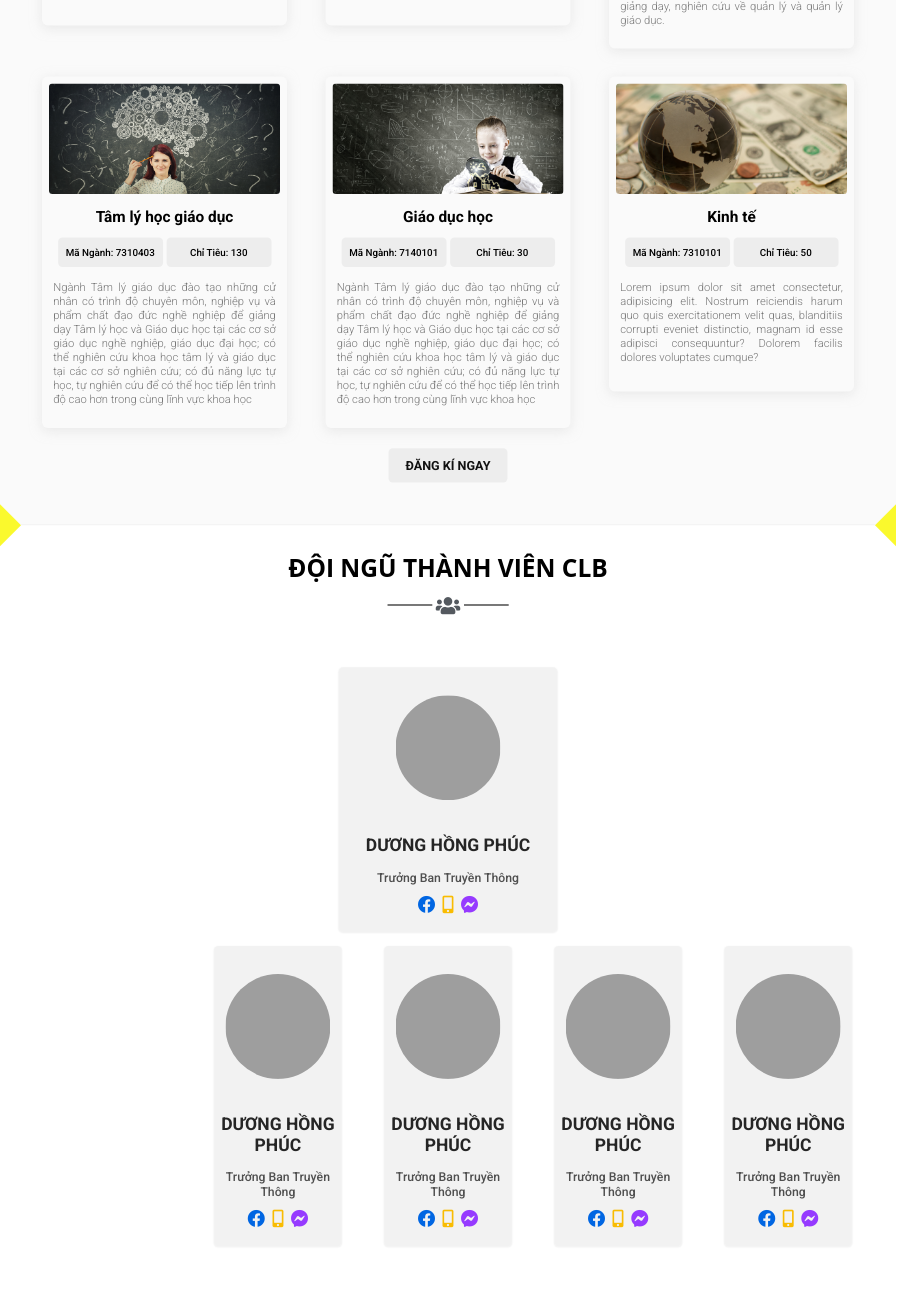
Repository: hongphuck1/trangweb1
Page: index.html
The author's editor kept a copy of each file at every save. The page is drawn from the files as they stood at one save, then again after the next save.
The browser window is 1280 px wide. The page is 1288 px wide, so the pictures cover 1288 px, including what lies to the right of the window. The pictures show the part of the page from y = 3206 to 5086 px (the page is 5086 px tall before and 5065 px after), at 70% of full size.
Pictures or frames that could not be fetched are drawn as grey boxes.

Above is the page before, as saved 2021-09-07 21:52:01.

### index.html
<!DOCTYPE html>
<html lang="en">

<head>
  <meta charset="UTF-8" />
  <meta name="viewport" content="width=device-width, initial-scale=1, shrink-to-fit=no" />
  <meta http-equiv="x-ua-compatible" content="ie=edge" />
  <title>Material Design for Bootstrap</title>
  <!-- MDB icon -->
  <link rel="icon" href="img/SSS1.png" type="image/x-icon" />
  <!-- Font Awesome -->
  <link rel="stylesheet" href="https://use.fontawesome.com/releases/v5.15.2/css/all.css" />
  <link rel="stylesheet" href="font/themify-icons-font/themify-icons/themify-icons.css">
  <!-- Google Fonts Roboto -->
  <link rel="stylesheet" href="https://fonts.googleapis.com/css2?family=Roboto:wght@300;400;500;700;900&display=swap" />
  <!-- MDB -->
  <link rel="stylesheet" href="css/style.css" />
  <link rel="stylesheet" href="css/base.css" />
  <link rel="stylesheet" href="css/grid.css" />
  <link rel="stylesheet" href="css/mdb.min.css" />
</head>

<body>
  <!-- Start your project here-->
  <div class="main">
    <!--Main Navigation-->
    <header>


      <!-- Navbar -->
      <nav class="navbar--opacity navbar navbar-expand-lg navbar-light fixed-top mask-custom shadow-0">
        <div class="container">

          <a class="navbar-brand nav-link" target="_blank" href="https://mdbootstrap.com/docs/standard/">
            <strong style="font-size: 2.2rem;">MRC</strong>
          </a>
          <button class="navbar-toggler navbar-toggler--opacity" type="button" data-mdb-toggle="collapse"
            data-mdb-target="#navbarSupportedContent" aria-controls="navbarSupportedContent" aria-expanded="false"
            aria-label="Toggle navigation">
            <i style="color: #ccc" class="fas fa-bars"></i>
          </button>
          <div class="collapse navbar-collapse" id="navbarSupportedContent">
            <ul class="navbar-nav me-auto mb-2 mb-lg-0">
              <li class="nav-item active">
                <a class="nav-link" aria-current="page" href="#intro">Giới thiệu</a>
              </li>
              <li class="nav-item">
                <a class="nav-link" href="https://www.facebook.com/MRC.NAEM" rel="nofollow" target="_blank">Hỏi đáp</a>
              </li>
              <li class="nav-item">
                <a class="nav-link" href="https://www.facebook.com/MRC.NAEM" target="_blank">Bài viết</a>
              </li>
              <li class="nav-item">
                <a class="nav-link" href="https://www.facebook.com/messages/t/101815085369835" target="_blank">Liên
                  hệ</a>
              </li>
            </ul>
            <ul class="navbar-nav list-inline">
              <!-- Icons -->
              <li class="">
                <a class="nav-link" href="https://www.youtube.com/channel/UCjl0s7v8m8V4IzuAS1fH-iA" rel="nofollow"
                  target="_blank">
                  <i class="fab fa-youtube"></i>
                </a>
              </li>
              <li class="">
                <a class="nav-link" href="https://www.facebook.com/MRC.NAEM" rel="nofollow" target="_blank">
                  <i class="fab fa-facebook-f"></i>
                </a>
              </li>
              <li class="nav-item">
                <a class="nav-link" href="https://www.tiktok.com/@mrcnaem" rel="nofollow" target="_blank">
                  <i class="fab fa-tiktok"></i>
                </a>
              </li>
              <li class="nav-item">
                <a class="nav-link" href="tel: 0349167687" rel="nofollow" target="_blank">
                  <i class="fas fa-envelope"></i>
                </a>
              </li>
            </ul>
          </div>
        </div>
      </nav>

      <!-- Carousel wrapper -->
      <div id="introCarousel" class="carousel slide carousel-fade shadow-2-strong" data-mdb-ride="carousel">
        <!-- Indicators -->
        <ol class="carousel-indicators">
          <li data-mdb-target="#introCarousel" data-mdb-slide-to="0" class="active"></li>
          <li data-mdb-target="#introCarousel" data-mdb-slide-to="1"></li>
          <li data-mdb-target="#introCarousel" data-mdb-slide-to="2"></li>
        </ol>

        <!-- Inner -->
        <div class="carousel-inner">
          <!-- Single item -->
          <div class="carousel-item active">
            <div class="mask" style="background-color: rgba(0, 0, 0, 0.6);">
              <div class="d-flex justify-content-center align-items-center h-100">
                <div class="text-white text-center">
                  <h1 style="font-size: 2.4rem;" class="mb-3">CLB TUYỂN SINH VÀ TRUYỀN THÔNG - MRC NAEM</h1>
                  <h5 style="font-size: 1.2rem;" class="mb-4">Hỗ trợ tư vấn - hướng nghiệp, trả lời những thắc mắc cho
                    học sinh và phụ huynh.</h5>

                  <a style="font-size: 1.8rem; " class="btn-DANGKI btn btn-outline-light btn-lg m-2"
                    href="https://www.facebook.com/MRC.NAEM" target="_blank" role="button">Đăng kí ngay</a>
                </div>
              </div>
            </div>
          </div>

          <!-- Single item -->
          <div class="carousel-item">
            <div class="mask" style="background-color: rgba(0, 0, 0, 0.3);">
              <div class="d-flex justify-content-center align-items-center h-100">
                <div class="text-white text-center">
                  <h1 style="font-size: 2.4rem;" class="mb-3">CLB TUYỂN SINH VÀ TRUYỀN THÔNG - MRC NAEM</h1>
                  <h5 style="font-size: 1.2rem;" class="mb-4">Hỗ trợ tư vấn - hướng nghiệp, trả lời những thắc mắc cho
                    học sinh và phụ huynh.</h5>

                  <a style="font-size: 1.8rem; " class="btn-DANGKI btn btn-outline-light btn-lg m-2"
                    href="https://www.facebook.com/MRC.NAEM" target="_blank" role="button">Đăng kí ngay</a>
                </div>
              </div>
            </div>
          </div>

          <!-- Single item -->
          <div class="carousel-item">
            <div class="mask" style="
                background: linear-gradient(
                  45deg,
                  rgba(29, 236, 197, 0.7),
                  rgba(91, 14, 214, 0.7) 100%
                );
              ">
              <div class="d-flex justify-content-center align-items-center h-100">
                <div class="text-white text-center">
                  <h1 style="font-size: 2.4rem;" class="mb-3">CLB TUYỂN SINH VÀ TRUYỀN THÔNG - MRC NAEM</h1>
                  <h5 style="font-size: 1.2rem;" class="mb-4">Hỗ trợ tư vấn - hướng nghiệp, trả lời những thắc mắc cho
                    học sinh và phụ huynh.</h5>

                  <a style="font-size: 1.8rem; " class="btn-DANGKI btn btn-outline-light btn-lg m-2"
                    href="https://www.facebook.com/MRC.NAEM" target="_blank" role="button">Đăng kí ngay</a>
                </div>
              </div>
            </div>
          </div>
        </div>
        <!-- Inner -->

        <!-- Controls -->
        <a class="carousel-control-prev" href="#introCarousel" role="button" data-mdb-slide="prev">
          <span class="carousel-control-prev-icon" aria-hidden="true"></span>
          <span class="sr-only">Previous</span>
        </a>
        <a class="carousel-control-next" href="#introCarousel" role="button" data-mdb-slide="next">
          <span class="carousel-control-next-icon" aria-hidden="true"></span>
          <span class="sr-only">Next</span>
        </a>
      </div>
      <!-- Carousel wrapper -->
    </header>


    <section>
      <div class="container-body">
        <div class="container-body-name">
          <h1>Thông Tin Tuyển Sinh</h1>
          <div class="container-body-name__icon">
            <i class="fas fa-bell"></i>
          </div>
        </div>

        <div class="row">
          <div class="col l-6">
            <div class="container-body-content">
              <h2 class="container-body-content__name">Các Phương Án Xét Tuyển</h2>
              <div class="container-body-content-attention">
                <i class="fas fa-check-double"></i>
                <h4>Dựa vào học bạ (Điểm HK1 & HK2 lớp 11 và điểm HK1 lớp 12)</h4>
              </div>
              <div class="container-body-content-attention">
                <i class="fas fa-check-double"></i>
                <h4>Sử dụng kết quả thi THPT 2021</h4>
              </div>
              <div class="container-body-content-attention">
                <i class="fas fa-check-double"></i>

                <h4>Tuyển thẳng</h4>
              </div>
              <div class="container-body-content-attention">
                <i class="far fa-bell"></i>
                <h4>Cơ hội trúng tuyển cao khi có tới 70% chỉ tiêu qua xét tuyển học bạ</h4>
              </div>
              <div class="container-body-content-attention">
                <i class="far fa-plus-square"></i>
                <h4>Đặc biệt sinh viên được phép học thêm một ngành khác tại Học viện (Luật, Ngôn ngữ Anh, Tâm lý giáo
                  dục, Quản trị văn phòng, Giáo dục học, Quản lý giáo dục và Kinh tế giáo dục)</h4>
              </div>
            </div>
          </div>
          <div class="col l-6">
            <div class="container-body-img">
              <img src="img/klipartz.com_-1024x586.png" alt="">
            </div>
          </div>
        </div>


      </div>

      <div class="container-body-review">
        <div class="grid wide">
          <div class="row">
            <div class="col l-12">
              <img src="img/1-1.png" alt="">
              <div class="container-body-review__name">
                Học Viện Quản Lý Giáo Dục
              </div>
              <div class="container-body-review__title">
                Học Viện Quản Lý Giáo Dục (NAEM) là cơ sở giáo dục đại học trực thuộc Bộ Giáo Dục và Đào Tạo. Với bề dày
                lịch sử gần nửa thế kỉ xây dựng và phát triển, Học viện luôn giữ vai trò tiên phong trong sự nghiệp đào
                tạo, bồi dưỡng nguồn nhân lực chất lượng cao.
              </div>
            </div>
          </div>
        </div>
      </div>

      <div class="container-body-subjects">
        <h1>TỔNG HỢP NGÀNH HỌC</h1>
        <div class="container-body-name__icon">
          <i class="fas fa-book-reader"></i>
        </div>
        <div class="grid wide">
          <div class="row">
            <div class="col l-4">
              <div class="container-body-subject">
                <img src="img/congnghethongtin.png" alt="">
                <h2>CÔNG NGHỆ THÔNG TIN</h2>
                <div class="container-body-subject-code">
                  <div class="container-body-subject-code__industry">Mã Ngành: 7480201</div>
                  <div class="container-body-subject-code__targets">Chỉ Tiêu: 150</div>
                </div>
                <h4>Chương trình của chúng tôi là đào tạo cử nhân ngành CNTT nên sẽ cung cấp cho sinh viên các kiến thức
                  cơ bản về ngành bao gồm : Kiến trúc máy tính, lập trình, hệ thống thông tin, mạng máy tính. Trong quá
                  trình học sinh viên sẽ được định hướng và học chuyên sâu theo các ngành hẹp: Khoa học máy tính; hệ
                  thống thông tin; mạng và truyền thông.
                  Đây là những kiến thức cốt lõi và là cơ sở cho các chuyên ngành hẹp sau này.</h4>
              </div>
            </div>
            <div class="col l-4">
              <div class="container-body-subject">
                <img src="img/ngonguanh.png" alt="">
                <h2>Ngôn ngữ Anh</h2>
                <div class="container-body-subject-code">
                  <div class="container-body-subject-code__industry">Mã Ngành: 7220201</div>
                  <div class="container-body-subject-code__targets">Chỉ Tiêu: 120</div>
                </div>
                <h4>Chương trình Cử nhân Ngôn ngữ Anh có tính ứng dụng, thực hành cao. Ngoài việc cung cấp các kiến thức
                  về ngôn ngữ, văn hóa các nước nói tiếng Anh, phương pháp và kĩ thuật biên-phiên dịch, phương pháp tổ
                  chức các hoạt động dạy học và giáo dục trong trong dạy học môn tiếng Anh ở trường phổ thông, chương
                  trình còn hình thành và phát triển ở người học kĩ năng tư duy phản biện, sáng tạo, giải quyết vấn đề,
                  làm việc độc lập và hợp tác là những kĩ năng cần thiết của thế kỉ 21.</h4>
              </div>
            </div>
            <div class="col l-4">
              <div class="container-body-subject">
                <img src="img/luat.png" alt="">
                <h2>Luật</h2>
                <div class="container-body-subject-code">
                  <div class="container-body-subject-code__industry">Mã Ngành: 7380101</div>
                  <div class="container-body-subject-code__targets">Chỉ Tiêu: 50</div>
                </div>
                <h4>Ngành Luật cung cấp kiến thức Luật bao quát ở hầu hết các lĩnh vực. Không chỉ riêng kiến thức về
                  Luật kinh tế, Luật tài chính, Luật thương mại; ngành Luật học còn cung cấp kiến thức về luật hôn nhân
                  gia đình, quy định chung về tài sản, thừa kế, luật hình sự phần tội phạm, luật môi trường, tội phạm
                  học, bồi thường hợp đồng, tranh chấp thương mại, khiếu nại, tố cáo, khoa học về điều tra hình sự,
                  quyền con người, quyền công dân...</h4>
              </div>
            </div>

          </div>
          <div class="row">
            <div class="col l-4">
              <div class="container-body-subject">
                <img src="img/quantrivanphong.png" alt="">
                <h2>Quản trị văn phòng</h2>
                <div class="container-body-subject-code">
                  <div class="container-body-subject-code__industry">Mã Ngành: 7340406</div>
                  <div class="container-body-subject-code__targets">Chỉ Tiêu: 120</div>
                </div>
                <h4>Đào tạo cơ bản về hành chính, giao tiếp, quản trị văn phòng đáp ứng các công việc như hành chính –
                  văn thu, hành chính – văn phòng, tổ chuwccs sự kiện, quản trị lễ tân, trợ lý lãnh đạo tại các cơ quan
                  trong và ngoài ngành giáo dục</h4>
              </div>
            </div>
            <div class="col l-4">
              <div class="container-body-subject">
                <img src="img/kinhtegiaoduc.png" alt="">
                <h2>Kinh tế giáo dục</h2>
                <div class="container-body-subject-code">
                  <div class="container-body-subject-code__industry">Mã Ngành: 7149001</div>
                  <div class="container-body-subject-code__targets">Chỉ Tiêu: 30</div>
                </div>
                <h4>Đào tạo cơ bản về kinh tế, tài chính nói chung và kinh tế, tài chính giáo dục đáp ứng với các công
                  việc về kế toán, kiểm toán, lao động tiền lương, phân tích chính sách, quản lý dự án…; giảng dạy,
                  nghiên cứu về kinh tế, tài chính giáo dục</h4>
              </div>
            </div>
            <div class="col l-4">
              <div class="container-body-subject">
                <img src="img/quanlygiaoduc.png" alt="">
                <h2>
                  Quản lý giáo dục</h2>
                <div class="container-body-subject-code">
                  <div class="container-body-subject-code__industry">Mã Ngành: 7140114</div>
                  <div class="container-body-subject-code__targets">Chỉ Tiêu: 130</div>
                </div>
                <h4>Đào tạo cơ bản về khoa học quản lý, khoa học quản lý giáo dục đáp ứng các công việc về quản lý trong
                  lĩnh vực giáo dục và lĩnh vực liên quan như: quản lý đào tạo, người học, nhân sự, tài chính, tài sản;
                  quản trị nhà trường, quản trị chiến lược, quản lý dự án…; giảng dạy, nghiên cứu về quản lý và quản lý
                  giáo dục.</h4>
              </div>
            </div>

          </div>
          <div class="row">
            <div class="col l-4">
              <div class="container-body-subject">
                <img src="img/tamlyhocgiaoduc.png" alt="">
                <h2>Tâm lý học giáo dục</h2>
                <div class="container-body-subject-code">
                  <div class="container-body-subject-code__industry">Mã Ngành: 7310403</div>
                  <div class="container-body-subject-code__targets">Chỉ Tiêu: 130</div>
                </div>
                <h4>Ngành Tâm lý giáo dục đào tạo những cử nhân có trình độ chuyên môn, nghiệp vụ và phẩm chất đạo đức
                  nghề nghiệp để giảng dạy Tâm lý học và Giáo dục học tại các cơ sở giáo dục nghề nghiệp, giáo dục đại
                  học; có thể nghiên cứu khoa học tâm lý và giáo dục tại các cơ sở nghiên cứu; có đủ năng lực tự học, tự
                  nghiên cứu để có thể học tiếp lên trình độ cao hơn trong cùng lĩnh vực khoa học</h4>
              </div>
            </div>
            <div class="col l-4">
              <div class="container-body-subject">
                <img src="img/giaoduchoc.png" alt="">
                <h2>Giáo dục học</h2>
                <div class="container-body-subject-code">
                  <div class="container-body-subject-code__industry">Mã Ngành: 7140101</div>
                  <div class="container-body-subject-code__targets">Chỉ Tiêu: 30</div>
                </div>
                <h4>Ngành Tâm lý giáo dục đào tạo những cử nhân có trình độ chuyên môn, nghiệp vụ và phẩm chất đạo đức
                  nghề nghiệp để giảng dạy Tâm lý học và Giáo dục học tại các cơ sở giáo dục nghề nghiệp, giáo dục đại
                  học; có thể nghiên cứu khoa học tâm lý và giáo dục tại các cơ sở nghiên cứu; có đủ năng lực tự học, tự
                  nghiên cứu để có thể học tiếp lên trình độ cao hơn trong cùng lĩnh vực khoa học</h4>
              </div>
            </div>
            <div class="col l-4">
              <div class="container-body-subject">
                <img src="img/kinhte.png" alt="">
                <h2>Kinh tế</h2>
                <div class="container-body-subject-code">
                  <div class="container-body-subject-code__industry">Mã Ngành: 7310101</div>
                  <div class="container-body-subject-code__targets">Chỉ Tiêu: 50</div>
                </div>
                <h4>Lorem ipsum dolor sit amet consectetur, adipisicing elit. Nostrum reiciendis harum quo quis
                  exercitationem velit quas, blanditiis corrupti eveniet distinctio, magnam id esse adipisci
                  consequuntur? Dolorem facilis dolores voluptates cumque?</h4>
              </div>
            </div>

          </div>
          <div class="row">
            <div class="col l-12">
              <div class="container-body-subjects-btn">
                <a href="https://www.facebook.com/MRC.NAEM">ĐĂNG KÍ NGAY</a>
              </div>
            </div>
          </div>
        </div>

        <div class="container-body-subjects__line">

        </div>
      </div>

      <div class="container-body-subjects-member">
        <div class="container-body-name">
          <h1>ĐỘI NGŨ THÀNH VIÊN CLB</h1>
          <div class="container-body-name__icon">
            <i class="fas fa-users"></i>
          </div>
        </div>

        <div class="grid wide">
          <!-- box 0 -->
          <div class="row">
            <div class="col l-4"></div>
            <div class="col l-4">
              <div class="container-body-subjects-member__box">
                <img src="img/user_phuc.jpg" alt="">
                <h1>DƯƠNG HỒNG PHÚC</h1>
                <h3>Trưởng Ban Truyền Thông</h3>
                <div class="container-body-subjects-member__box__icon">
                  <a href=""> <i class="fab fa-facebook"></i></a>
                  <a href=""><i class="fas fa-mobile-alt"></i></a>
                  <a href=""> <i class="fab fa-facebook-messenger"></i></a>

                </div>
              </div>
            </div>
            <div class="col l-4"></div>
          </div>
          <!-- hàng 1 -->
          <div class="row">
            <div class="col l-3"></div>
            <div class="col l-3">
              <div class="container-body-subjects-member__box">
                <img src="img/user_phuc.jpg" alt="">
                <h1>DƯƠNG HỒNG PHÚC</h1>
                <h3>Trưởng Ban Truyền Thông</h3>
                <div class="container-body-subjects-member__box__icon">
                  <a href=""> <i class="fab fa-facebook"></i></a>
                  <a href=""><i class="fas fa-mobile-alt"></i></a>
                  <a href=""> <i class="fab fa-facebook-messenger"></i></a>

                </div>
              </div>
            </div>
            <div class="col l-3">
              <div class="container-body-subjects-member__box">
                <img src="img/user_phuc.jpg" alt="">
                <h1>DƯƠNG HỒNG PHÚC</h1>
                <h3>Trưởng Ban Truyền Thông</h3>
                <div class="container-body-subjects-member__box__icon">
                  <a href=""> <i class="fab fa-facebook"></i></a>
                  <a href=""><i class="fas fa-mobile-alt"></i></a>
                  <a href=""> <i class="fab fa-facebook-messenger"></i></a>

                </div>
              </div>
            </div>
            <div class="col l-3">
              <div class="container-body-subjects-member__box">
                <img src="img/user_phuc.jpg" alt="">
                <h1>DƯƠNG HỒNG PHÚC</h1>
                <h3>Trưởng Ban Truyền Thông</h3>
                <div class="container-body-subjects-member__box__icon">
                  <a href=""> <i class="fab fa-facebook"></i></a>
                  <a href=""><i class="fas fa-mobile-alt"></i></a>
                  <a href=""> <i class="fab fa-facebook-messenger"></i></a>

                </div>
              </div>
            </div>
            <div class="col l-3">
              <div class="container-body-subjects-member__box">
                <img src="img/user_phuc.jpg" alt="">
                <h1>DƯƠNG HỒNG PHÚC</h1>
                <h3>Trưởng Ban Truyền Thông</h3>
                <div class="container-body-subjects-member__box__icon">
                  <a href=""> <i class="fab fa-facebook"></i></a>
                  <a href=""><i class="fas fa-mobile-alt"></i></a>
                  <a href=""> <i class="fab fa-facebook-messenger"></i></a>

                </div>
              </div>
            </div>
          </div>
        </div>
      </div>
  </div>


  <div></div>
  </section>

  </div>
  <!--Main Navigation-->
  <!-- End your project here-->

  <!-- MDB -->
  <script type="text/javascript" src="js/mdb.min.js"></script>
  <!-- Custom scripts -->
  <script type="text/javascript"></script>
</body>

</html>

Loaded but not shown: font/themify-icons-font/themify-icons/themify-icons.css (common file); css/mdb.min.css (library); js/mdb.min.js (library); css/style.css (489 lines, source omitted); css/grid.css (590 lines, source omitted); css/base.css (40 lines, source omitted)

After the next save:
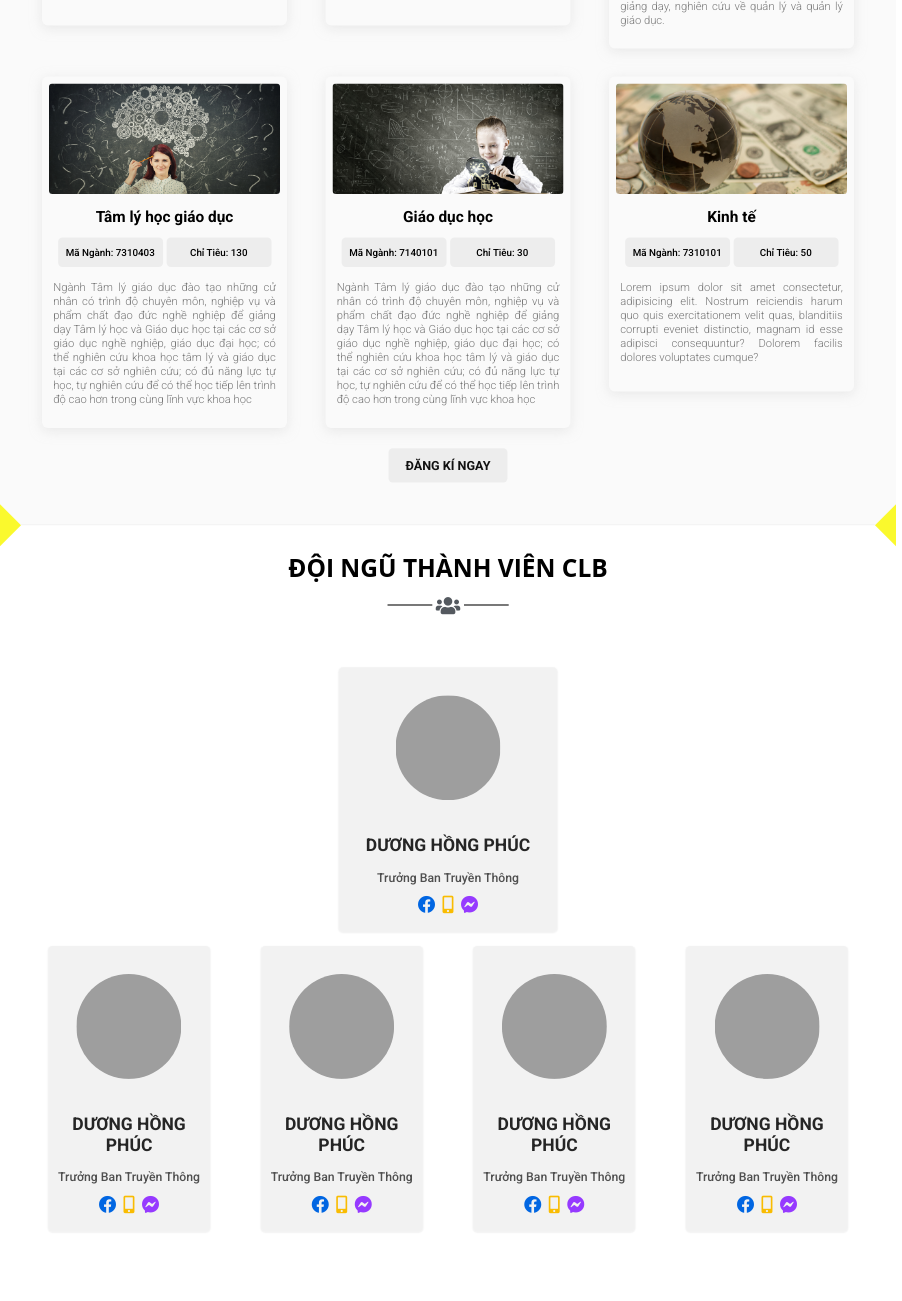
Saved 15 s later.
--- a/index.html
+++ b/index.html
@@ -414,7 +414,6 @@
           </div>
           <!-- hàng 1 -->
           <div class="row">
-            <div class="col l-3"></div>
             <div class="col l-3">
               <div class="container-body-subjects-member__box">
                 <img src="img/user_phuc.jpg" alt="">
